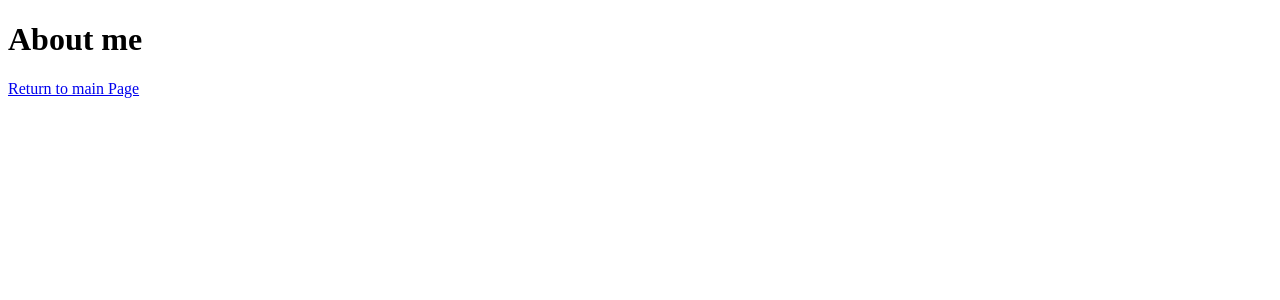
Repository: GodwinYeboah1/Java-Assignment-
Page: SpringIntro/springProjects/portfolio/src/main/resources/static/project.html
These files come from the project's save history. The page is drawn as it stood at one moment and after the next save; the edit follows.
The browser window is 1280 px wide. The pictures show the whole page.

Above is the page before, as saved 2018-03-09 21:02:15.

After the next save:
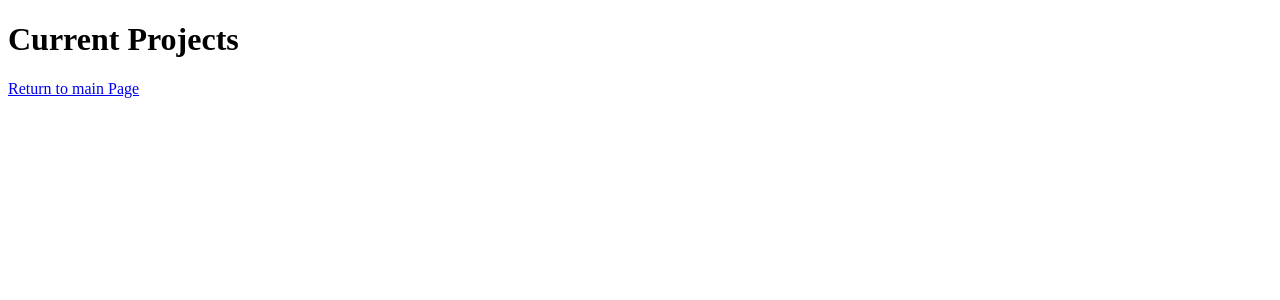
Saved 13 s later.
--- a/SpringIntro/springProjects/portfolio/src/main/resources/static/project.html
+++ b/SpringIntro/springProjects/portfolio/src/main/resources/static/project.html
@@ -6,7 +6,7 @@
 
 </head>
 <body>
-		<h1>About me </h1>
+		<h1>Current Projects  </h1>
 		<a href="/">Return to main Page</a>
 
 
